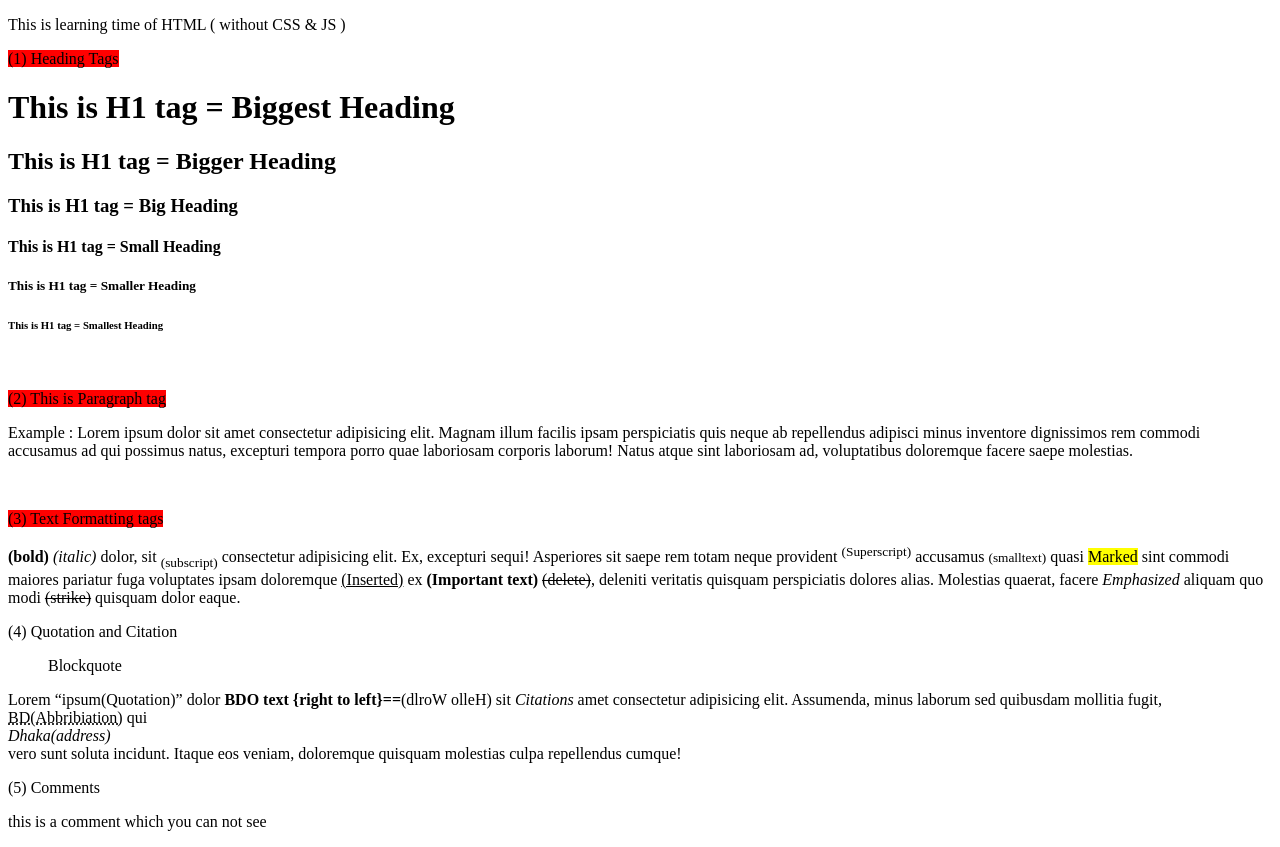
Repository: diptods/Frontend-in-60-DAYS
Page: Day01/learning/learn.html
These files come from the project's save history. The page is drawn as it stood at one moment and after the next save; the edit follows.
The browser window is 1280 px wide. The pictures show the whole page.

Above is the page before, as saved 2026-05-28 12:09:10.

After the next save:
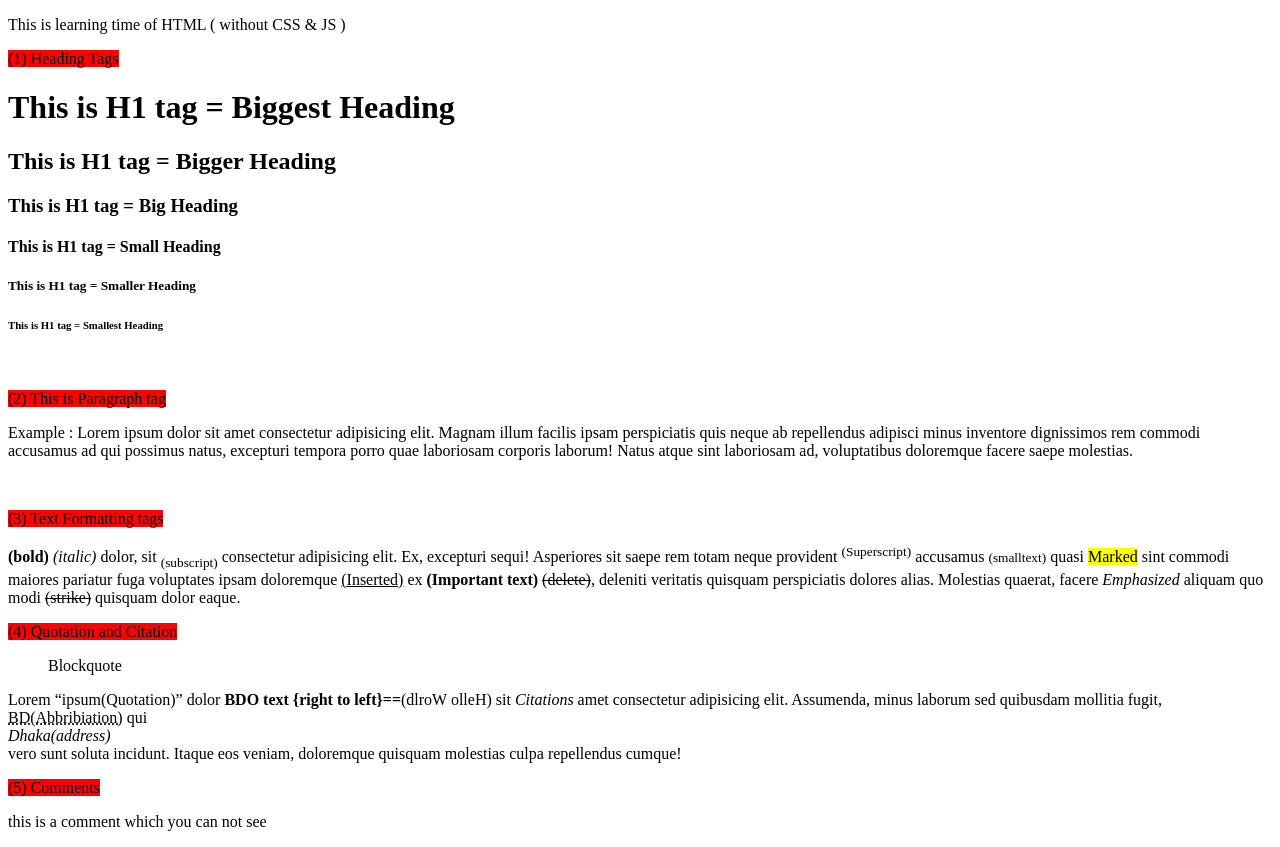
Saved 18 s later.
--- a/Day01/learning/learn.html
+++ b/Day01/learning/learn.html
@@ -32,11 +32,11 @@
         perspiciatis dolores alias. Molestias quaerat, facere
         <em>Emphasized</em> aliquam quo modi <strike>(strike)</strike> quisquam dolor eaque.
     </p>
-    <p>(4) Quotation and Citation</p>
+    <p><mark style="background-color: red">(4) Quotation and Citation</mark></p>
     <p><blockquote>Blockquote</blockquote> Lorem <q>ipsum(Quotation)</q> dolor <b>BDO text {right to left}==</b><bdo dir="rtl">(Hello World)</bdo> sit <cite>Citations</cite> amet consectetur adipisicing elit. Assumenda, minus laborum sed quibusdam mollitia fugit,
         <abbr title="Bangladesh">BD(Abbribiation)</abbr> qui <address>Dhaka(address)</address>vero sunt soluta incidunt. Itaque eos veniam, doloremque quisquam molestias culpa repellendus cumque!
     </p>
-    <p>(5) Comments</p>
+    <p><mark style="background-color: red">(5) Comments</mark></p>
     <!-- Write your comments here -->
      <p><!-- Write your comments here --> this is a comment which you can not see</p>
 </body>
